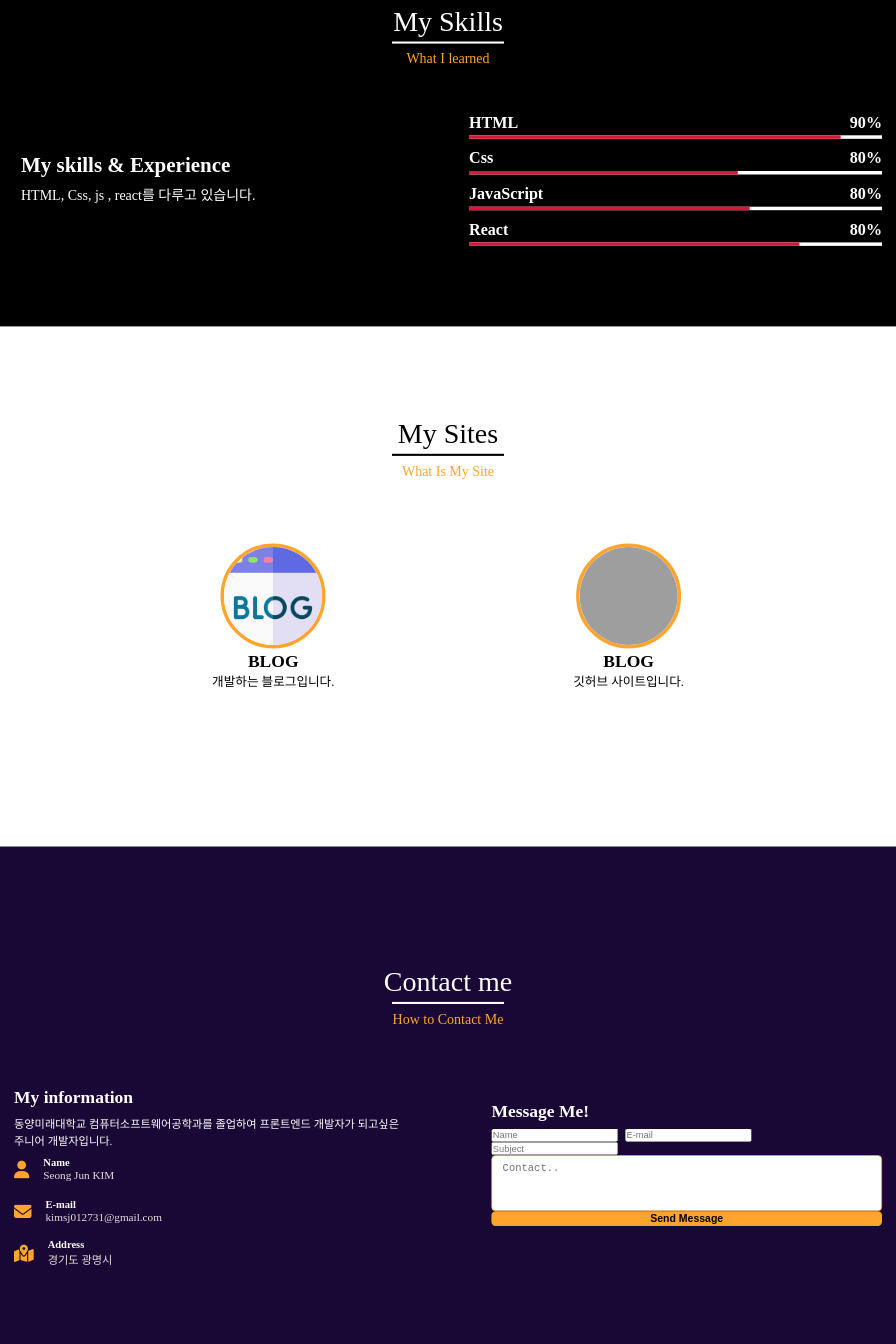
Repository: jun01270/jun
Page: index.html
An editor plug-in stored every save of this project. The page is shown before and after the next save, followed by the edit.
The browser window is 1280 px wide. The pictures show the part of the page from y = 1836 to 3756 px (the page is 3756 px tall), at 70% of full size.
Pictures or frames that could not be fetched are drawn as grey boxes. Some web libraries are served in a nearby version.

Above is the page before, as saved 2023-05-11 16:40:11.

### index.html
<!DOCTYPE html>
<html lang="en">
  <head>
    <meta charset="UTF-8" />
    <meta http-equiv="X-UA-Compatible" content="IE=edge" />
    <meta name="viewport" content="width=device-width, initial-scale=1.0" />
    <link rel="stylesheet" href="./css/style.css" />
    <link rel="stylesheet" href="./css/home.css" />
    <link rel="stylesheet" href="./css/about.css" />
    <link rel="stylesheet" href="./css/skills.css" />
    <link rel="stylesheet" href="./css/mysites.css" />
    <link rel="stylesheet" href="./css/contact.css" />

    <script
      src="https://kit.fontawesome.com/252eac6dbf.js"
      crossorigin="anonymous"
    ></script>
    <title>Jun's site</title>
  </head>
  <body>
    <nav class="navbar">
      <div class="max-width">
        <div class="logo">
          <a href="#home">Jun's <span>Site</span></a>
        </div>
        <ul class="menu-bar">
          <li><a href="#home" class="menu-btn" id="homeID">Home</a></li>
          <li><a href="#about" class="menu-btn" id="homeID">About</a></li>
          <li><a href="#skills" class="menu-btn">Skills</a></li>
          <li><a href="#my-sites" class="menu-btn">My Sties</a></li>
          <li><a href="#contact" class="menu-btn">Contact</a></li>
        </ul>
      </div>
    </nav>

    <!--home섹션-->
    <section class="home" id="home">
      <div class="max-width">
        <div class="home-section">
          <div class="text-1">Hello! My Name is</div>
          <div class="text-2">Seong Jun KIM</div>
          <div class="text-3">My skills <span class="typing1">HTML</span></div>
        </div>
      </div>
    </section>

    <!--about섹션-->
    <section class="about" id="about">
      <div class="max-width">
        <h2 class="title">About</h2>
        <div class="about-content">
          <div class="left-column"><img src="./img/profile.jpg" /></div>
          <div class="right-column">
            <div class="about-text">I'm Seong Jun KIM</div>
            <div class="about-skills">
              My skills <span class="typing2">HTML</span>
            </div>
            <p>
              안녕하세요 프론트엔드 개발자를 꿈꾸는 주니어 개발자 김성준입니다.
            </p>
          </div>
        </div>
      </div>
    </section>

    <!--skills섹션-->
    <section class="skills" id="skills">
      <div class="max-width">
        <h2 class="title">My Skills</h2>
        <div class="skills-content">
          <div class="left-column">
            <div class="skills-text">
              <div class="sub-title">My skills & Experience</div>
              <p>HTML, Css, js , react를 다루고 있습니다.</p>
            </div>
          </div>
          <div class="right-column">
            <div class="bars">
              <div class="bars-content">
                <span>HTML</span>
                <span>90%</span>
              </div>
              <div class="line html"></div>
            </div>
            <div class="bars">
              <div class="bars-content">
                <span>Css</span>
                <span>80%</span>
              </div>
              <div class="line css"></div>
            </div>
            <div class="bars">
              <div class="bars-content">
                <span>JavaScript</span>
                <span>80%</span>
              </div>
              <div class="line js"></div>
            </div>
            <div class="bars">
              <div class="bars-content">
                <span>React</span>
                <span>80%</span>
              </div>
              <div class="line react"></div>
            </div>
          </div>
        </div>
      </div>
    </section>

    <!--My sties섹션-->
    <section class="my-sites">
      <div class="max-width">
        <h2 class="title">My Sites</h2>
        <div class="my-sites-content">
          <div class="left-column">
            <a href="https://web-jun.tistory.com/" target="_blank">
              <div class="site">
                <div class="site-images">
                  <img src="/img/blog.jpg" alt="" />
                  <div class="site-text">BLOG</div>
                  <p>개발하는 블로그입니다.</p>
                </div>
              </div>
            </a>
          </div>
          <div class="right-column">
            <a href="https://github.com/jun01270" target="_blank">
              <div class="site">
                <div class="site-images">
                  <img src="/img/github.jpg" alt="" />
                  <div class="site-text">BLOG</div>
                  <p>깃허브 사이트입니다.</p>
                </div>
              </div>
            </a>
          </div>
        </div>
      </div>
    </section>

    <!--Contact 섹션-->
    <section class="contact">
      <div class="max-width">
        <h2 class="title">Contact me</h2>
        <div class="contact-content">
          <div class="left column">
            <div class="contact-text">My information</div>
            <p>
              동양미래대학교 컴퓨터소프트웨어공학과를 졸업하여 프론트엔드
              개발자가 되고싶은 주니어 개발자입니다.
            </p>
            <div class="icons-content">
              <i class="fas fa-user"></i>
              <div class="info">
                <div class="head">Name</div>
                <div class="tail">Seong Jun KIM</div>
              </div>
            </div>
            <div class="icons-content">
              <i class="fas fa-envelope"></i>
              <div class="info">
                <div class="head">E-mail</div>
                <div class="tail">kimsj012731@gmail.com</div>
              </div>
            </div>
            <div class="icons-content">
              <i class="fas fa-map-marked-alt"></i>
              <div class="info">
                <div class="head">Address</div>
                <div class="tail">경기도 광명시</div>
              </div>
            </div>
          </div>
          <div class="right column">
            <div class="contact-text">Message Me!</div>
            <form action="#">
              <div class="fields">
                <div class="fields name">
                  <input type="text" placeholder="Name" />
                </div>
                <div class="fields Email">
                  <input type="email" placeholder="E-mail" />
                </div>
              </div>
              <div class="fields subject">
                <input type="text" placeholder="Subject" />
              </div>
              <div class="fields contact-area">
                <textarea
                  cols="30"
                  rows="10"
                  placeholder="Contact.. "
                  required
                ></textarea>
              </div>
              <div class="button">
                <button type="submit">Send Message</button>
              </div>
            </form>
          </div>
        </div>
      </div>
    </section>

    <!--Footer섹션-->
    <footer></footer>

    <!--JS섹션-->
  </body>
</html>

### css/style.css
@import url("https://fonts.googleapis.com/css2?family=Lora&display=swap");

* {
  margin: 0;
  padding: 0;
  box-sizing: border-box;
  text-decoration: none;
}

.home .about .skills .my-sites .contact {
  padding-top: 86px;
}

html {
  scroll-behavior: smooth;
}

.max-width {
  max-width: 1300px;
  padding: 0 20px;
  margin: auto;
}

.section {
  padding: 100px 0;
}

/* .about, .skills, .my-sites, .contact, .footer{
    //폰트삽입
} */

.about .title,
.skills .title,
.my-sites .title,
.contact .title {
  position: relative;
  text-align: center;
  font-size: 40px;
  font-weight: 500;
  margin: 30px 0 100px 0;
  padding-bottom: 8px;
}

.about .title::before,
.skills .title::before,
.my-sites .title::before,
.contact .title::before {
  content: "";
  position: absolute;
  bottom: 0px;
  left: 50%;
  width: 160px;
  height: 3px;
  background-color: black;
  transform: translateX(-50%);
}

.title::after {
  content: "";
  position: absolute;
  bottom: -38px;
  left: 50%;
  font-size: 20px;
  color: rgb(255, 164, 45);
  padding: 5px;
  background-color: white;
  transform: translateX(-50%);
}

.about .about-content,
.skills .skills-content,
.my-sites .my-sites-content,
.contact .contact-content {
  display: flex;
  align-items: center;
  flex-wrap: wrap;
  justify-content: space-between;
}

.navbar {
  position: relative;
  width: 100%;
  padding: 20px 0;
  z-index: 999;
  transition: all 0.3s ease;
  background-color: burlywood;
}

.navbar .max-width {
  display: flex;
  align-items: center;
  justify-content: space-between;
}

.navbar .logo {
  font-size: 30px;
  font-weight: 600;
  margin-left: 20px;
  color: black;
}

.navbar .logo a {
  color: white;
  text-decoration: none;
}

.navbar .logo a span {
  color: orange;
  transition: all 0.3s ease;
}

.navbar .menu-bar li {
  list-style: none;
  margin: 5px 20px 0 0;
  display: inline-block;
}

.navbar .menu-bar li a {
  display: block;
  text-decoration: none;
  font-size: 20px;
  font-weight: 500;
  margin-left: 15px;
  transition: all 0.3s ease;
}

.menu-bar li:hover {
  background-color: orange;
  border-radius: 3px;
}

.navbar.sticky {
  padding: 20px 0;
  background-color: black;
}

.navbar.sticky .logo a span {
  color: white;
}

.navbar.sticky .menu-bar li a:hover {
  color: white;
}

.navbar .menu-btn {
  color: white;
  font-size: 25px;
  display: none;
  cursor: pointer;
}

@media screen and (max-width: 700px) {
  .navbar {
    flex-direction: column;
    align-items: flex-start;
    margin: 0;
  }

  .menu-bar {
    flex-direction: column;
    align-items: center;
    width: 100%;
  }

  .menu-bar li {
    width: 100%;
    text-align: center;
  }
}

### css/home.css
.home {
  display: flex;
  height: 100vh;
  min-height: 500px;
  color: white;
  background: url("../img/back.jpg") no-repeat center;
  background-size: cover;
}

.home .max-width {
  margin: auto 0 auto 40px;
}

.home .home-section .text1 {
  font-size: 30px;
}

.home .home-section .text2 {
  font-size: 75px;
  font-weight: 600;
}

.home .home-section .text-3 {
  font-size: 40px;
}

.home .home-section .text-3 span {
  color: orange;
  font-weight: 500;
}

### css/about.css
.about {
  padding: 100px 0;
  transition: all 0.3s ease;
}

.about .title::after {
  content: "Who I am";
  background-color: white;
}

.about .about-content {
  margin-bottom: 100px;
}

.about .about-content .left-column {
  width: 45%;
}

.about .about-content .left-column img {
  height: 400px;
  width: 400px;
  object-fit: cover;
  border-radius: 6px;
}

.about .about-content .right-column {
  width: 55%;
  margin-bottom: 50px;
}

.about .about-content .right-column .about-text,
.about .about-content .right-column .about-skills {
  font-size: 30px;
  font-weight: 600;
  margin-bottom: 10px;
}

.about .about-content .right-column .about-skills span {
  color: orange;
}

.about .about-content .right-column P {
  text-align: justify;
  font-size: 20px;
}

### css/skills.css
.skills {
  padding: 100px 0;
  transition: all 0.3s ease;
}

.skills .title {
  padding-top: 30px;
}

.skills .title::before {
  background-color: white;
}

.skills .title::after {
  content: "What I learned";
  background-color: black;
}

.skills {
  color: white;
  background-color: black;
  padding-bottom: 100px;
}

.skills .sub-title {
  font-size: 30px;
  font-weight: 600;
  padding-bottom: 10px;
}

.skills .skills-content .left-column,
.skills .skills-content .right-column {
  width: calc(50% - 30px);
}

.skills .skills-content .left-column .skills-text {
  font-size: 23px;
  font-weight: 300;
  margin: 0 0 20px 10px;
  text-align: justify;
}

.skills .skills-content .left-column p {
  font-size: 20px;
}

.skills .skills-content .right-column .bars {
  margin-bottom: 15px;
}

.skills .skills-content .right-column .bars-content {
  display: flex;
  margin-bottom: 5px;
  align-items: center;
  justify-content: space-between;
}

.skills .skills-content span {
  font-size: 23px;
  font-weight: 600;
}

.skills .skills-content .right-column .line {
  height: 5px;
  background-color: white;
  width: 100%;
  position: relative;
}

.skills .skills-content .right-column .line::before {
  content: "";
  position: absolute;
  height: 100%;
  left: 0;
  top: 0;
  background-color: crimson;
}

.skills .skills-content .right-column .html::before {
  width: 90%;
}

.skills .skills-content .right-column .css::before {
  width: 65%;
}

.skills .skills-content .right-column .js::before {
  width: 68%;
}

.skills .skills-content .right-column .react::before {
  width: 80%;
}

### css/mysites.css
.my-sites {
  padding: 100px 0;
  transition: all 0.3s ease;
}

.my-sites .title::after {
  content: "What Is My Site ";
}

.my-sites .my-sites-content {
  margin-bottom: 100px;
}

.my-sites .my-sites-content .left-column {
  margin-left: 20%;
}

.my-sites .my-sites-content .right-column {
  margin-right: 20%;
}

.my-sites .my-sites-content a {
  display: flex;
  text-align: center;
  color: black;
}

.my-sites .my-sites-content a,
.my-sites .my-sites-content a:visited,
.my-sites .my-sites-content a:active,
.my-sites .my-sites-content a:hover {
  text-decoration: none;
}

.my-sites .my-sites-content .site {
  background-color: white;
  border-radius: 6px;
  padding: 25px 35px;
  transition: all 0.3s ease;
}

.my-sites .my-sites-content .site img {
  height: 150px;
  width: 150px;
  object-fit: cover;
  border-radius: 50%;
  border: 5px solid rgb(255, 164, 45);
  transition: all 0.3 ease;
}

.my-sites .my-sites-content .site-text {
  font-size: 25px;
  font-weight: 600;
}

.my-sites .my-sites-content p {
  font-size: 18px;
  text-align: justify;
}

.my-sites .my-sites-content .site:hover {
  background-color: rgb(25, 8, 53);
  color: white;
  transform: scale(1.05);
}

.my-sites .my-sites-content .site:hover img {
  border-color: white;
}

### css/contact.css
.contact {
  color: white;
  background-color: rgb(25, 8, 53);
  padding-bottom: 50px;
  padding: 100px 0;
  transition: all 0.3s ease;
}

.contact .title {
  padding-top: 40px;
  margin-bottom: 120px;
  color: white;
}

.contact .title::before {
  background-color: white;
}

.contact .title::after {
  content: "How to Contact Me";
  background-color: rgb(25, 8, 53);
}

.contact .contact-content .column {
  width: 45%;
}

.contact .contact-content .contact-text {
  font-size: 25px;
  font-weight: 600;
  padding-bottom: 10px;
}

.contact .contact p {
  font-size: 15px;
  text-align: justify;
}

.contact .contact-content .left .icons {
  margin: 15px 0;
}

.contact .contact-content .icons-content {
  display: flex;
  align-items: center;
  height: 60px;
}

.contact .contact-content .icons-content i {
  margin-right: 20px;
  font-size: 25px;
  color: rgb(255, 164, 45);
}

.contact .contact-content .icons-content .info .head {
  font-weight: 600;
  font-size: 15px;
}

.contact .contact-content .icons-content .info .tail {
  color: rgb(230, 220, 220);
}

.contact .contact-content .fields {
  display: flex;
}

.contact .contact-content .field,
.contact .contact-content .fields .field {
  height: 40px;
  width: 100%;
  margin-bottom: 15px;
}

.contact .contact-content .right {
  margin-bottom: 50px;
}

.contact .contact-content .right .contact-area {
  height: 80px;
  width: 100%;
}

.contact .right form .name {
  margin-right: 10px;
}

.contact .right form .email {
  margin-left: 10px;
}

.contact .right form .field input,
.contact .right form .contact-area textarea {
  height: 100%;
  width: 100%;
  border: 1px solid rgb(255, 164, 45);
  border-radius: 6px;
  outline: none;
  padding: 0 15px;
  font-size: 15px;
}

.contact .right form .contact-area textarea {
  padding-top: 10px;
  resize: none;
}

.contact .right form .button button {
  width: 100%;
  height: 100%;
  border: 2px solid rgb(255, 164, 45);
  background-color: rgb(255, 164, 45);
  border-radius: 6px;
  font-size: 15px;
  font-weight: 600;
  transition: all 0.3s ease;
}

.contact .right form .button button:hover {
  color: rgb(255, 164, 45);
  background: none;
}

After the next save:
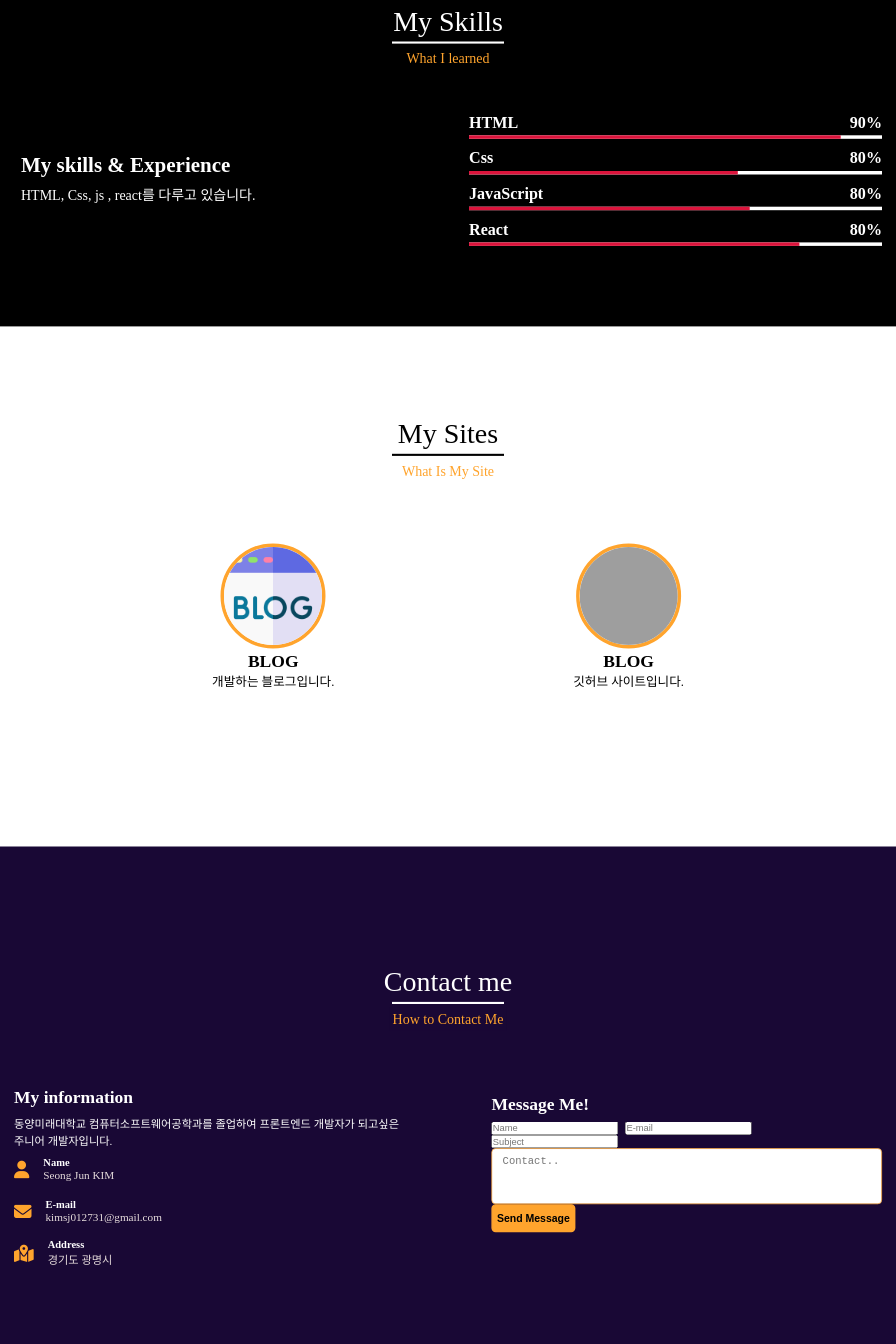
Saved 3 min 47 s later.
--- a/css/contact.css
+++ b/css/contact.css
@@ -105,6 +105,11 @@
   resize: none;
 }
 
+.contact .right form .button {
+  height: 40px;
+  width: 120px;
+}
+
 .contact .right form .button button {
   width: 100%;
   height: 100%;
